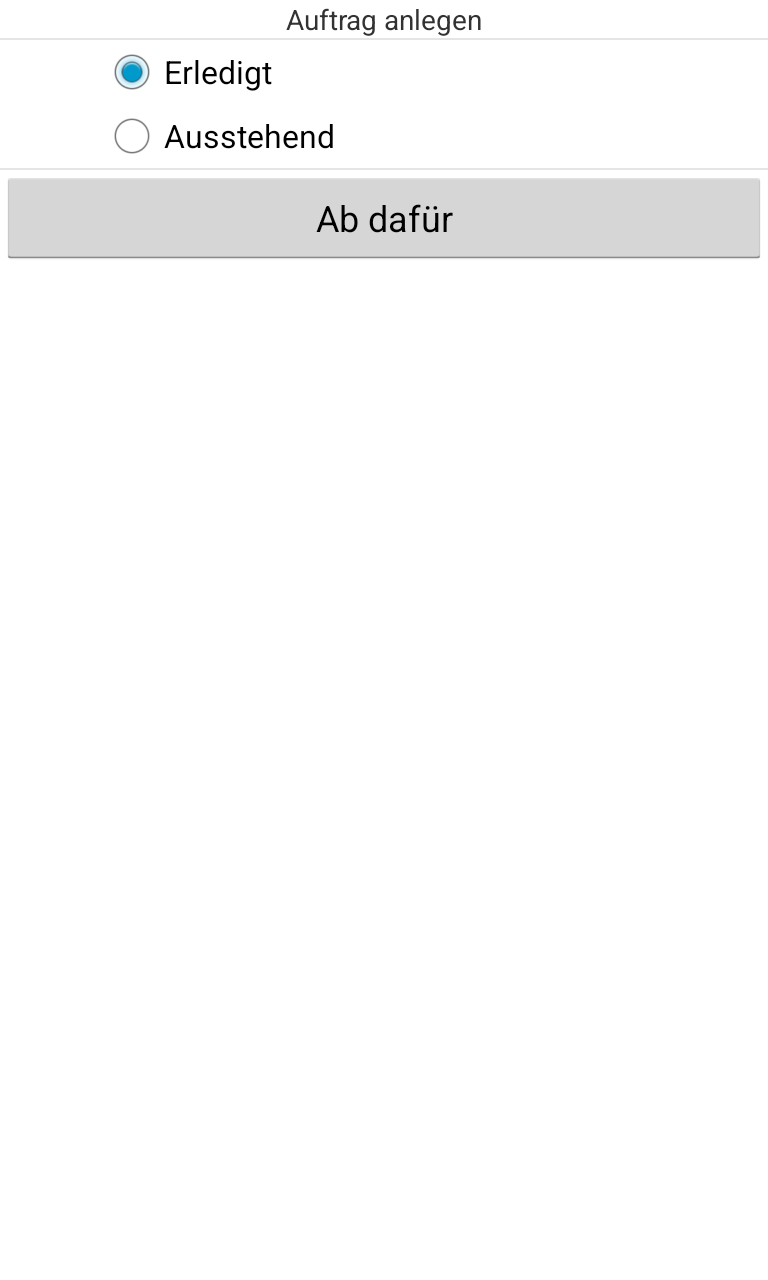
Repository: VroniZinsser/Kurierdienst
Layout: KurierdienstVroni/res/layout/activity_manager.xml
An editor plug-in stored every save of this project. The layout is shown before and after the next save, followed by the edit.
It is drawn on a 768 x 1280 px phone screen (xhdpi) without system bars, with theme AppTheme; the app's code is not run. The app's manifest (not shown) leaves right-to-left support off. So textAlignment, textDirection and layoutDirection are ignored, and left and right values win over start and end ones.

Above is the layout before, as saved 2014-07-16 08:56:29.

### KurierdienstVroni/res/layout/activity_manager.xml
<?xml version="1.0" encoding="utf-8"?>

<LinearLayout xmlns:android="http://schemas.android.com/apk/res/android"
    android:layout_width="match_parent"
    android:layout_height="match_parent"
    android:divider="?android:attr/listDivider"
    android:orientation="vertical"
    android:showDividers="middle" >

    <TextView
        android:id="@+id/evening_plan"
        android:layout_width="match_parent"
        android:layout_height="wrap_content"
        android:gravity="center_vertical|center_horizontal"
        android:text="@string/anlegen_text" />

    <RadioGroup
        android:id="@+id/choose_pre_drinks"
        android:layout_width="wrap_content"
        android:layout_height="wrap_content" >

        <RadioButton
            android:id="@+id/public_pre_drinks"
            android:layout_width="wrap_content"
            android:layout_height="wrap_content"
            android:layout_marginLeft="50dp"
            android:checked="true"
            android:text="@string/erledigt" />

        <RadioButton
            android:id="@+id/private_pre_drinks"
            android:layout_width="wrap_content"
            android:layout_height="wrap_content"
            android:layout_marginLeft="50dp"
            android:text="@string/ausstehend" />

    </RadioGroup>

    <LinearLayout
        android:layout_width="match_parent"
        android:layout_height="wrap_content"
        android:orientation="horizontal"
        android:gravity="center_vertical|center_horizontal" >

        <Button
            android:id="@+id/lets_go"
            android:layout_width="match_parent"
            android:layout_height="match_parent"
            android:layout_gravity="center_vertical|center_horizontal"
            android:gravity="center_vertical|center_horizontal"
            android:text="@string/anlegen"
            android:textAlignment="center" />
    </LinearLayout>

</LinearLayout>

### KurierdienstVroni/res/values/strings.xml
<?xml version="1.0" encoding="utf-8"?>
<resources>

    <string name="app_name">Kurierdienst</string>
    <string name="action_settings">Settings</string>
    <string name="anlegen_text">Auftrag anlegen</string>
    <string name="erledigt">Erledigt</string>
    <string name="ausstehend">Ausstehend</string>
    <string name="anlegen">Ab dafür</string>

</resources>

Loaded but not shown: KurierdienstVroni/res/values/styles.xml (common file); KurierdienstVroni/res/values-v11/styles.xml (common file); KurierdienstVroni/res/values-v14/styles.xml (common file)

After the next save:
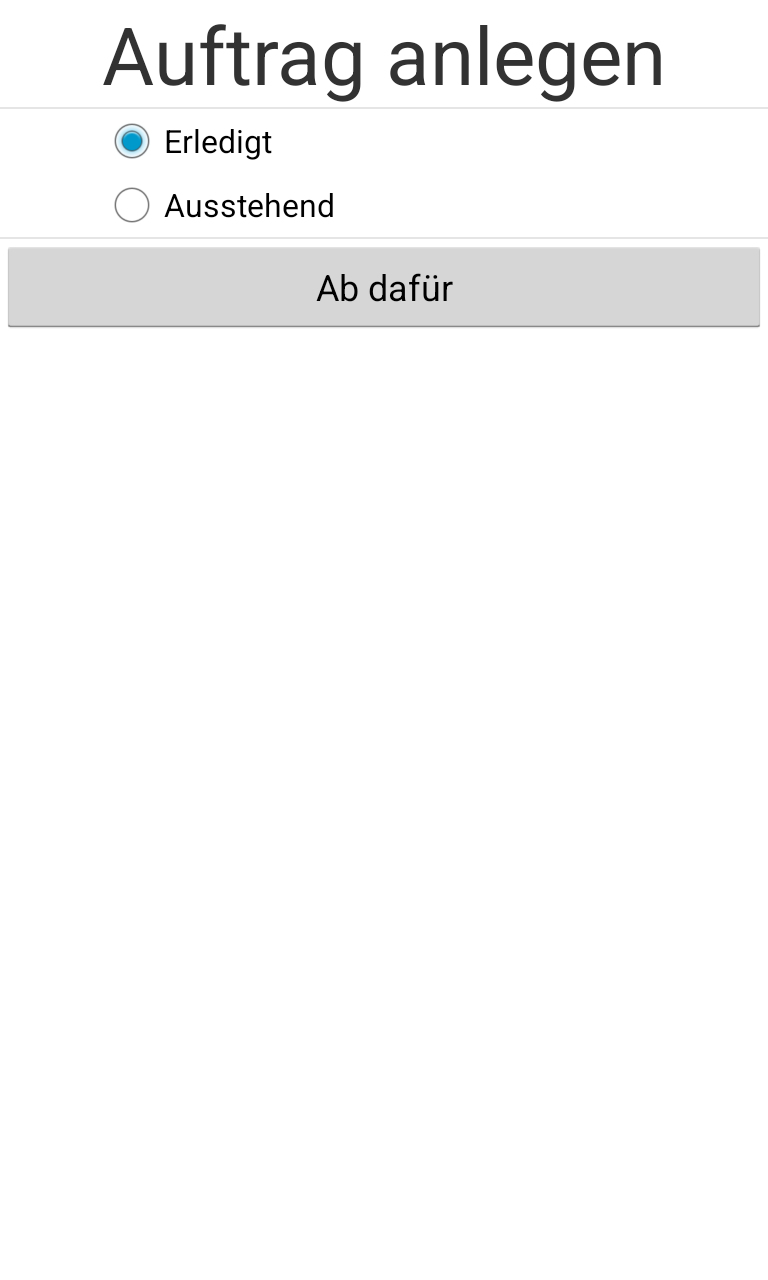
Saved 27 s later.
--- a/KurierdienstVroni/res/layout/activity_manager.xml
+++ b/KurierdienstVroni/res/layout/activity_manager.xml
@@ -12,6 +12,7 @@
         android:layout_width="match_parent"
         android:layout_height="wrap_content"
         android:gravity="center_vertical|center_horizontal"
+        android:textSize="80px"
         android:text="@string/anlegen_text" />
 
     <RadioGroup
